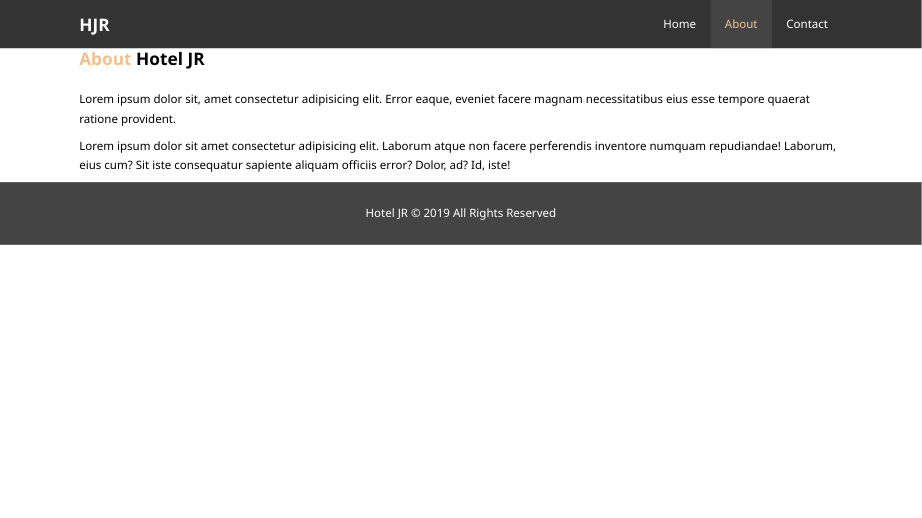
Repository: dimlutine/Hotel-Project
Page: about.html
These files come from the project's save history. The page is drawn as it stood at one moment and after the next save; the edit follows.
The browser window is 1280 px wide. The pictures show the whole page, at 72% of full size.

Above is the page before, as saved 2019-07-05 22:44:34.

### about.html
<!DOCTYPE html>
<html lang="en">

<head>
    <meta charset="UTF-8">
    <meta name="viewport" content="width=device-width, initial-scale=1.0">
    <meta http-equiv="X-UA-Compatible" content="ie=edge">
    <meta name="description" content="Welcome to the neatest hotel in Durham, North Carolina!">
    <meta name="keywords" content="hotel,durham hotel, north carolina hotel, rdu hotel">
    <link rel="stylesheet" href="css/style.css">
    <title>Hotel JR | About</title>
</head>

<body>
    <header>
        <nav id="navbar">
            <div class="container">
                <h1 class="logo"><a href="index.html">HJR</a></h1>
                <ul>
                    <li><a href="index.html">Home</a></li>
                    <li><a class="current" href="about.html">About</a></li>
                    <li><a href="contact.html">Contact</a></li>
                </ul>
            </div>

        </nav>

    </header>
    <section id="about-info">
        <div class="container">
            <div class="info-left">
                <h1><span class="text-primary">About</span> Hotel JR</h1>
                <p>Lorem ipsum dolor sit, amet consectetur adipisicing elit. Error eaque, eveniet facere magnam necessitatibus eius esse tempore quaerat ratione provident.</p>
                <p>Lorem ipsum dolor sit amet consectetur adipisicing elit. Laborum atque non facere perferendis inventore numquam repudiandae! Laborum, eius cum? Sit iste consequatur sapiente aliquam officiis error? Dolor, ad? Id, iste!</p>
            </div>
            <div class="info-right">

            </div>
        </div>
    </section>

    <footer id="main-footer">
        <p>Hotel JR &copy; 2019 All Rights Reserved</p>
    </footer>
</body>

</html>

### css/style.css
* {
    padding: 0;
    margin: 0;
    box-sizing: border-box;
}

html,
body {
    font-family: 'Segoe UI', 'Segoe UI', Tahoma, Geneva, Verdana, sans-serif;
    line-height: 1.7em;
}

a {
    color: #333;
    text-decoration: none;
}

h1,
h2,
h3 {
    padding-bottom: 20px;
}

p {
    margin: 10px 0;
}


/* Utilities */

.container {
    margin: auto;
    max-width: 1100px;
    overflow: auto;
    padding: 0 20px;
}

.text-primary {
    color: #f7c08a;
}

.lead {
    font-size: 20px;
}

.btn {
    display: inline-block;
    font-size: 18px;
    color: #fff;
    background: #333;
    padding: 13px 20px;
    border: none;
    cursor: pointer;
}

.btn:hover {
    background: #f7c08a;
    color: #333;
}

.btn-light {
    background: #f4f4f4;
    color: #333;
}

.bg-dark {
    background: #333;
    color: #fff;
}

.bg-light {
    background: #f4f4f4;
    color: #333;
}

.bg-primary {
    background: #f7c08a;
    color: #333;
}

.clr {
    clear: both;
}

#navbar {
    background: #333;
    color: #fff;
    overflow: auto;
}

#navbar a {
    color: #fff;
}

#navbar h1 {
    float: left;
    padding-top: 20px;
}

#navbar ul {
    float: right;
    list-style: none;
}

#navbar ul li {
    float: left;
}

#navbar ul li a {
    display: block;
    padding: 20px;
    text-align: center;
}

#navbar ul li a:hover,
#navbar ul li a.current {
    background: #444;
    color: #f7c08a;
}


/* Showcase */

#showcase {
    background: url('../img/showcase.jpg') no-repeat center center/cover;
    height: 600px;
}

#showcase .showcase-content {
    color: #fff;
    text-align: center;
    padding-top: 170px;
}

#showcase .showcase-content h1 {
    font-size: 60px;
    line-height: 1.2em;
}

#showcase .showcase-content p {
    padding-bottom: 20px;
    line-height: 1.7em;
}


/* Home Info */

#home-info {
    height: 400px;
}

#home-info .info-img {
    float: left;
    width: 50%;
    background: url('../img/photo-1.jpg') no-repeat;
    min-height: 100%;
}

#home-info .info-content {
    float: right;
    width: 50%;
    height: 100%;
    text-align: center;
    padding: 50px 30px;
    overflow: hidden;
}

#home-info .info-content p {
    padding-bottom: 30px;
}


/*Features*/

.box {
    float: left;
    width: 33.3%;
    padding: 50px;
    text-align: center;
}

.box i {
    margin-bottom: 10px;
}


/* Footer */

#main-footer {
    text-align: center;
    background: #444;
    color: #fff;
    padding: 20px;
}

After the next save:
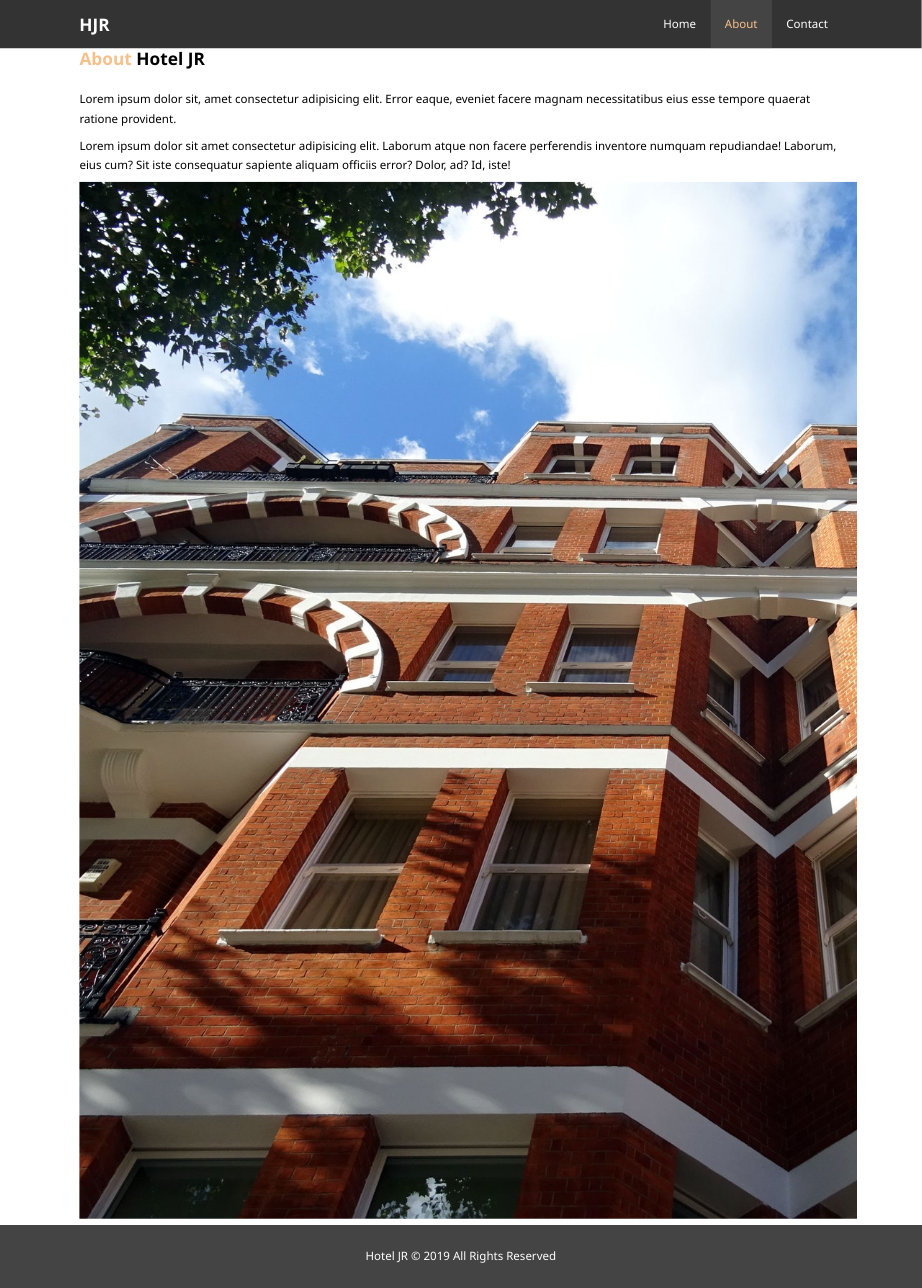
Saved 43 s later.
--- a/about.html
+++ b/about.html
@@ -34,7 +34,7 @@
                 <p>Lorem ipsum dolor sit amet consectetur adipisicing elit. Laborum atque non facere perferendis inventore numquam repudiandae! Laborum, eius cum? Sit iste consequatur sapiente aliquam officiis error? Dolor, ad? Id, iste!</p>
             </div>
             <div class="info-right">
-
+                <img src="./img/photo-2.jpg" alt="hotel">
             </div>
         </div>
     </section>
